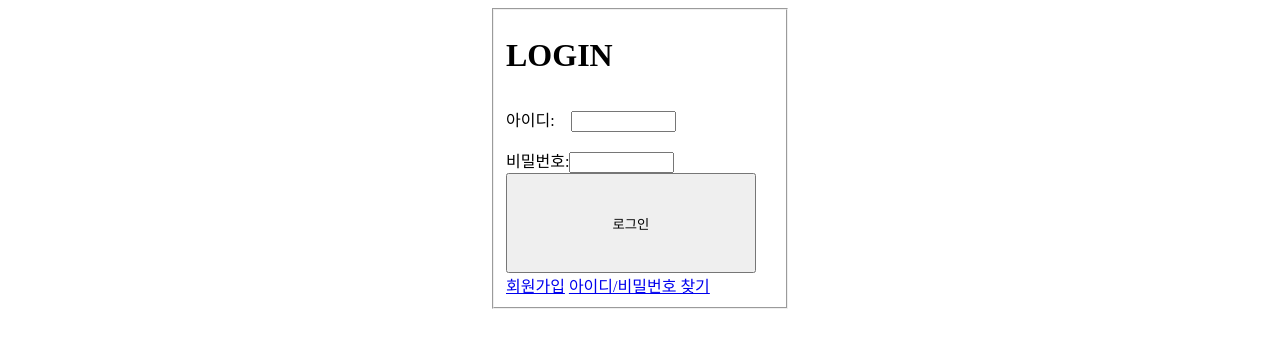
Repository: to-flatwhite1/JSP
Page: http://localhost/JSP/next.jsp
The author's editor kept a copy of each file at every save. The page is drawn from the files as they stood at one save, then again after the next save.
The browser window is 1280 px wide. The pictures show the whole page.
The page is served by Tomcat 9.

Above is the page before, as saved 2024-05-17 09:42:12.

### portfolio-master/JSP/src/main/webapp/next.jsp
<%@ page language="java" contentType="text/html; charset=EUC-KR"
    pageEncoding="EUC-KR"%>
<!DOCTYPE html>
<html>
<head>
<meta charset="EUC-KR">
<title>산책어때:로그인</title>
<style>
	#container{
		width:300px;
		margin:0 auto;
	}
	#user_id{
		margin:16px;
	}
	#submit{
		width:250px;
		height:100px;
	}
</style>
</head>
<body>
	<div id="container">
	<form method="get" action="next.jsp">
	<fieldset>
	<h1>LOGIN</h1>
	아이디:<input type="text" id="user_id" size="10"><br>
	비밀번호:<input type="password" id="user_pw" size="10"><br>
	<div class=submit>
		<input type="submit" id="submit" value="로그인"><br>
	</div>
	<a href="next2.jsp">회원가입</a>
	<a href="next3.jsp">아이디/비밀번호 찾기</a>
	</fieldset>
	</form>
	</div>

</body>
</html>

After the next save:
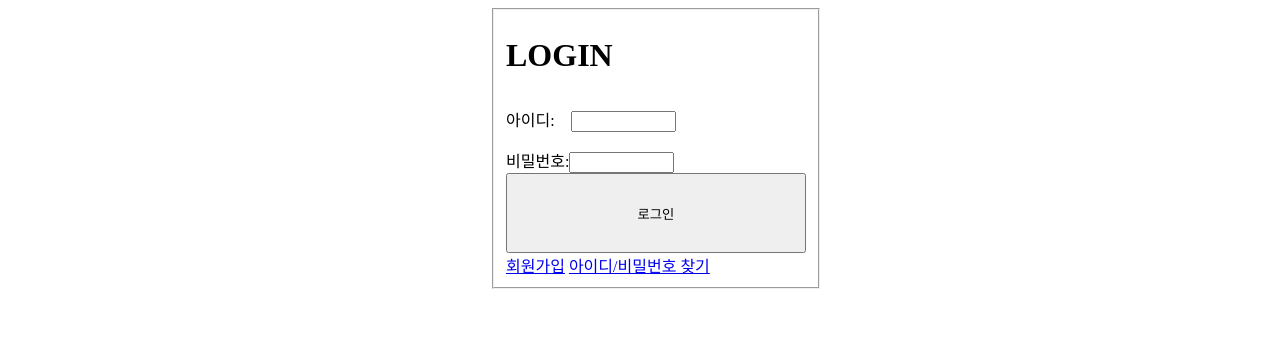
Saved 9 s later.
--- a/portfolio-master/JSP/src/main/webapp/next.jsp
+++ b/portfolio-master/JSP/src/main/webapp/next.jsp
@@ -14,8 +14,8 @@
 		margin:16px;
 	}
 	#submit{
-		width:250px;
-		height:100px;
+		width:300px;
+		height:80px;
 	}
 </style>
 </head>
